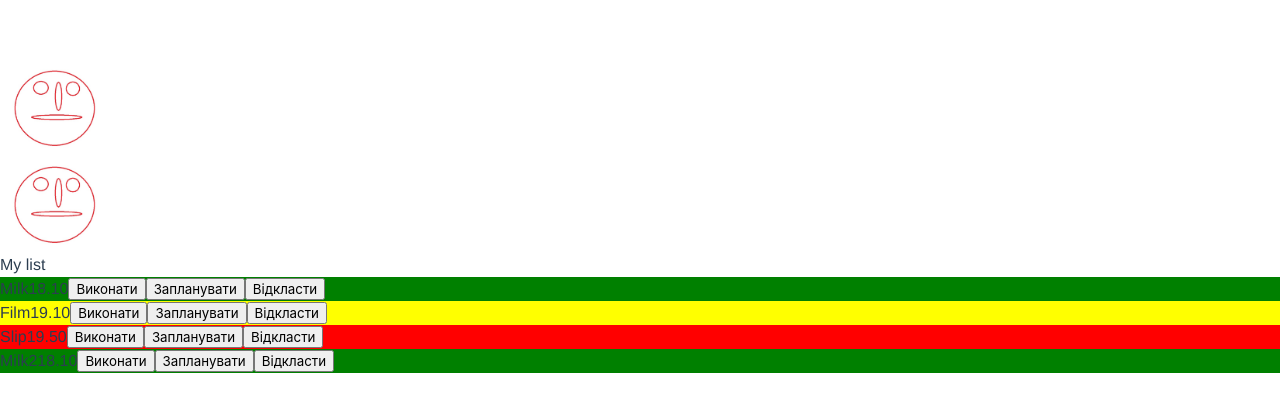
Repository: Olegche/sushi
Page: /
An editor plug-in stored every save of this project. The page is shown before and after the next save, followed by the edit.
The browser window is 1280 px wide. The pictures show the whole page.
The project was rebuilt for these pictures with package versions that can differ from the ones it lists, and the page was loaded fresh each time.

Above is the page before, as saved 2020-10-12 10:03:01.

### public/index.html
<!DOCTYPE html>
<html lang="en">
  <head>
    <meta charset="utf-8">
    <meta http-equiv="X-UA-Compatible" content="IE=edge">
    <meta name="viewport" content="width=device-width,initial-scale=1.0">
    <link rel="icon" href="<%= BASE_URL %>favicon.ico">
    <title>sushi</title>
  </head>
  <body>
    <noscript>
      <strong>We're sorry but <%= htmlWebpackPlugin.options.title %> doesn't work properly without JavaScript enabled. Please enable it to continue.</strong>
    </noscript>
    <div id="app"></div>
    <!-- built files will be auto injected -->
  </body>
</html>

### src/main.js
import Vue from 'vue'
import App from './App.vue'
import Buefy from 'buefy'
import 'buefy/dist/buefy.css'


Vue.use(Buefy)


Vue.config.productionTip = false



new Vue({
  render: h => h(App),
}).$mount('#app')

### src/App.vue
<template>
  <div id="app">
    <todo-list
    title="My list"
    :tasksList="myList"/>
  </div>
</template>

<script>
import TodoList from "./components/TodoList";
export default {
  name: 'App',
  components: {
    TodoList
  },

  data() {
    return {
      myList: [
        {
          id:1,
          task:"Milk",
          time:'18.10',
          status:"NEW"
        },
        {
          id:2,
          task:"Film",
          time:'19.10',
          status:"IN-PROGRES"
        },
        {
          id:3,
          task:"Slip",
          time:'19.50',
          status:"POSTPONED"
        },
        {
          id:4,
          task:"Milk2",
          time:'18.10',
          status:"NEW"
        },
      ]
    }
  },
}
</script>

<style>
#app {
  font-family: Avenir, Helvetica, Arial, sans-serif;
  -webkit-font-smoothing: antialiased;
  -moz-osx-font-smoothing: grayscale;
  /* text-align: center; */
  color: #2c3e50;
  margin-top: 60px;
}
</style>

### src/components/TodoList/index.vue
<template>
    <div>
        <div class="img-container">
            <div class="img-1">
<img :src="imm" class="img">
</div>
            <div class="img-2">
<img :src="imm" alt=""  class="img">
</div>
</div>
        <div>{{title}}</div>
        <div>
            <todo-item v-for="taskItem in tasksList" :key="taskItem.id"
                :task="taskItem.task"
                :time="taskItem.time"
                :status='taskItem.status'
             @my-postponed="onPostponed(taskItem.id)"
             @plan="onPlan($event, taskItem.id)"
             />
        </div>
    </div>
</template>

<script>
import TodoItem from "./TodoItem";
    export default {
        name:"TodoList",

        components: {
            TodoItem,
        },

        props: {
            tasksList: {
                type: Array,
                default: ()=>[]
            },
            title:{
                type:String,
                default:'no title'
            },
            imm:{
                type:String,
                default:require('@/assets/images/smile.jpg')
            }
        },

        methods: {
            onPlan(valDate,id){

            },
            onPostponed(id) {
                const task=this.tasksList.find(item=>item.id===id)
                task.status='POSTPONED'
            }
        },
    }
</script>

<style lang="css" scoped>
.image-container{
    width: 100%;
display: flex;
}
.image-1{
    width:100px;
    float: left;
}
.image-2{
    width:100px;
    float: right;
}
.img{
    width: 100px;
}
</style>

### src/components/TodoList/TodoItem/index.vue
<template>
    <div :class="statusClass">
        <span>{{task}}</span>
        <span>{{time}}</span>
        <button>Виконати</button>
        <button @click="$emit('plan',id)">Запланувати</button>
        <button @click="$emit('my-postponed')">
            Відкласти
        </button>
    </div>
</template>

<script>
    export default {
        name:"TodoItem",

        props: {
            task: {
                type: String,
                default:'',
            },
            time: {
                type: String,
                default:'',
            },
            status:{
                type: String,
                default:'',
            }
        },

        computed: {
            statusClass() {
                switch (this.status) {
                    case 'NEW': return 'new'

                    case 'IN-PROGRES': return 'in-progres'

                    case 'POSTPONED': return 'postponed'

                    default:
                        return 'new'

                }
            }
        },
    }
</script>

<style lang="css" scoped>
.new{
    background-color: green;
}
.in-progres{
    background-color: yellow;
}
.postponed{
    background-color: red;
}
</style>

After the next save:
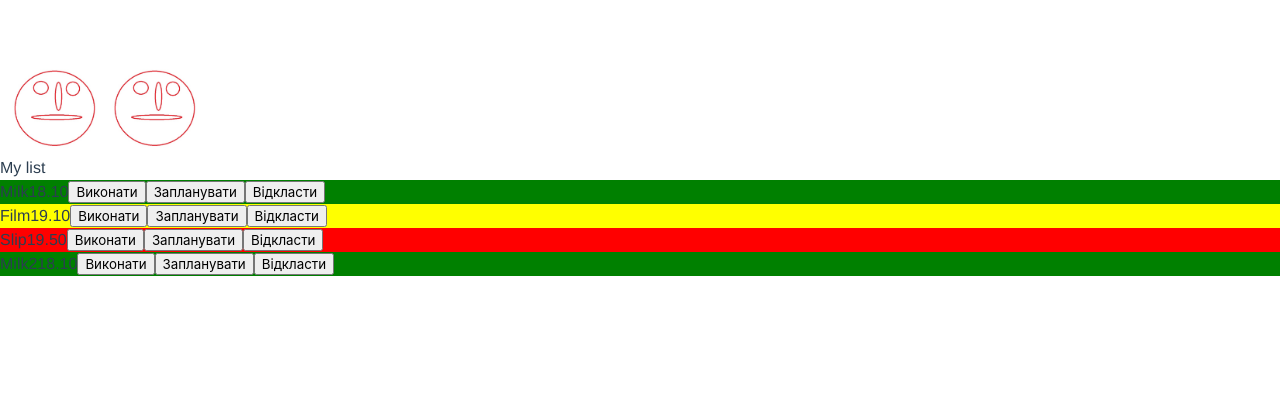
Saved 37 s later.
--- a/src/components/TodoList/index.vue
+++ b/src/components/TodoList/index.vue
@@ -58,7 +58,7 @@
 </script>
 
 <style lang="css" scoped>
-.image-container{
+.img-container{
     width: 100%;
 display: flex;
 }

After the 3 saves that followed:
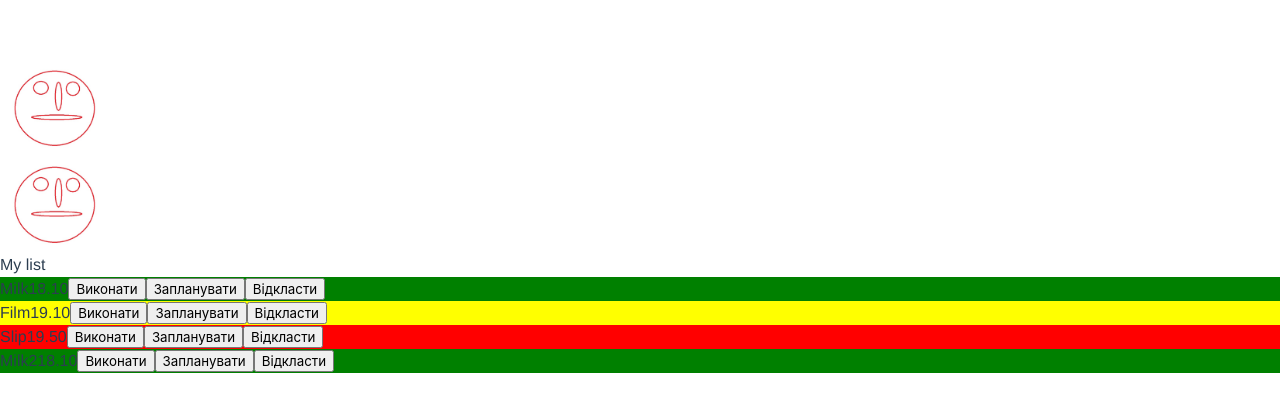
The 3 saves are shown as one change because 2 left the picture as it was.
The last was saved 4 min 0 s later.
--- a/src/components/TodoList/index.vue
+++ b/src/components/TodoList/index.vue
@@ -59,15 +59,18 @@
 
 <style lang="css" scoped>
 .img-container{
-    width: 100%;
-display: flex;
+    width: 100vw;
+/* display: flex; */
 }
 .image-1{
     width:100px;
+    /* display: flex; */
     float: left;
 }
 .image-2{
     width:100px;
+    /* display: flex; */
+
     float: right;
 }
 .img{
